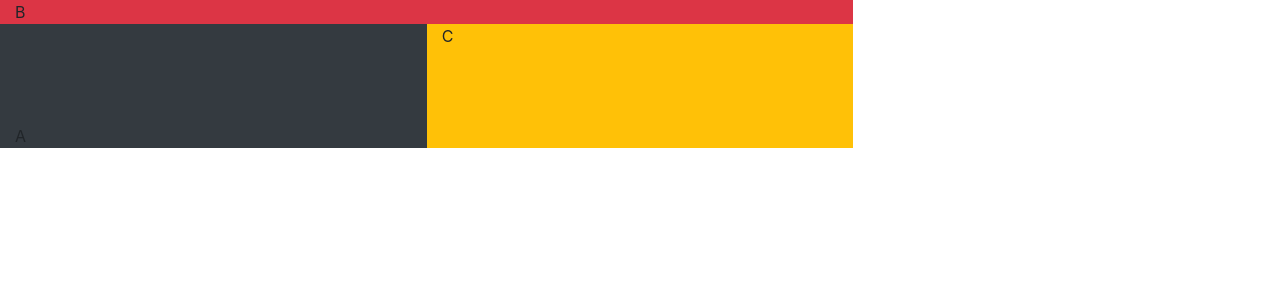
Repository: vaibhavkri/Trendnxt-Projects
Page: bootstrap/Bootstrap– L3 Assignment/Topic 2 CSS Align/Assignment1.html
These files come from the project's save history. The page is drawn as it stood at one moment and after the next save; the edit follows.
The browser window is 1280 px wide. The pictures show the whole page.

Above is the page before, as saved 2018-10-22 18:19:00.

### bootstrap/Bootstrap– L3 Assignment/Topic 2 CSS Align/Assignment1.html
<!DOCTYPE html>
<html>

<head>
    <title>Bootstrap Assignment</title>
    <meta name="viewport" content="width=device-width, initial-scale=1,shrink-to-fit=no">
    <link rel="stylesheet" href="https://maxcdn.bootstrapcdn.com/bootstrap/4.1.3/css/bootstrap.min.css">
    <script src="https://ajax.googleapis.com/ajax/libs/jquery/3.3.1/jquery.min.js"></script>
    <script src="https://cdnjs.cloudflare.com/ajax/libs/popper.js/1.14.3/umd/popper.min.js"></script>
    <script src="https://maxcdn.bootstrapcdn.com/bootstrap/4.1.3/js/bootstrap.min.js"></script>

    <style>
        #divB {
            padding-top: 100px;
        }
    </style>


</head>


<body>
    <div class="container-fluid">
        <div class="row">
            <div class="col-md-8 bg-danger">B</div>

        </div>

        <div class="row">
            <div id="divB" class="col-md-4 bg-dark">A</div>
            <div class="col-md-4 bg-warning">C</div>
        </div>
    </div>
    </div>



</body>


</html>

After the next save:
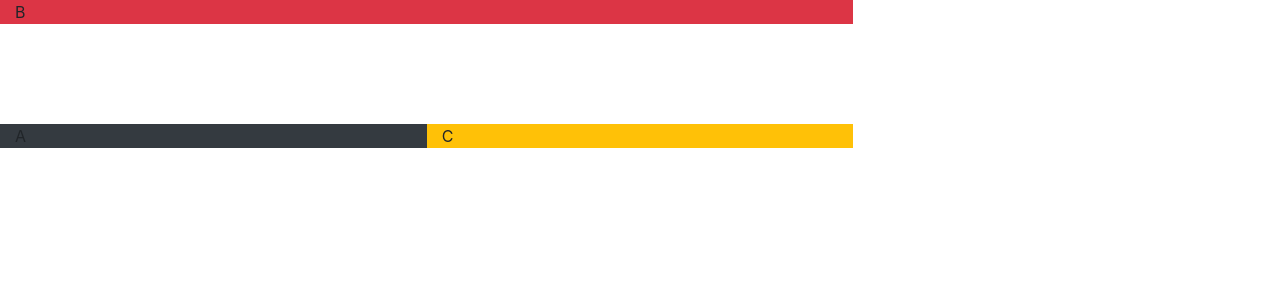
Saved 27 s later.
--- a/bootstrap/Bootstrap– L3 Assignment/Topic 2 CSS Align/Assignment1.html
+++ b/bootstrap/Bootstrap– L3 Assignment/Topic 2 CSS Align/Assignment1.html
@@ -26,8 +26,8 @@
 
         </div>
 
-        <div class="row">
-            <div id="divB" class="col-md-4 bg-dark">A</div>
+        <div id="divB" class="row">
+            <div class="col-md-4 bg-dark">A</div>
             <div class="col-md-4 bg-warning">C</div>
         </div>
     </div>
